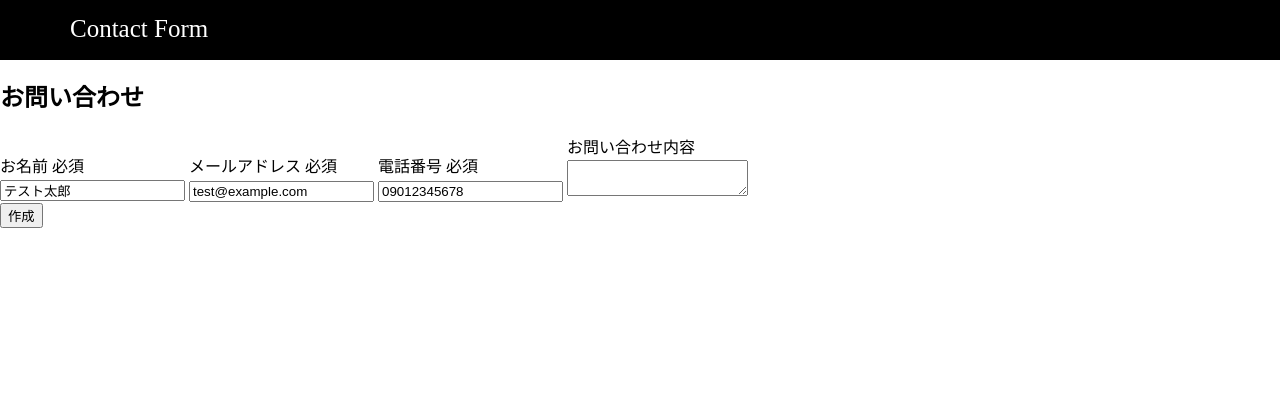
Repository: mayu-ya/my-contact-form
Page: http://localhost/
These files come from the project's save history. The page is drawn as it stood at one moment and after the next save; the edit follows.
The browser window is 1280 px wide. The pictures show the whole page.
The page is served by the project's Laravel application, run on PHP 8.4 with Laravel 8. Other server files are loaded and not shown.

Above is the page before, as saved 2025-12-31 22:52:15.

### src/routes/web.php
<?php

use Illuminate\Support\Facades\Route;
use App\Http\Controllers\ContactController;

/*
|--------------------------------------------------------------------------
| Web Routes
|--------------------------------------------------------------------------
|
| Here is where you can register web routes for your application. These
| routes are loaded by the RouteServiceProvider within a group which
| contains the "web" middleware group. Now create something great!
|
*/

Route::get('/', [ContactController::class,'index']);

### src/app/Http/Controllers/ContactController.php
<?php

namespace App\Http\Controllers;

use Illuminate\Http\Request;

class ContactController extends Controller
{
    public function index()
    {
        return view('index');
    }
}

### src/resources/views/index.blade.php
@extends('layouts.app')

@section('css')
<link rel="stylesheet" href="{{ asset('css/index.css') }}">
@endsection

@section('content')
<div class="content">
    <div class="form-title">
        <h2 class="form-title-con">お問い合わせ</h2>
    </div>

    <form class="form">
        <div class="form-content">
            <div class="form-content-name">
                <span class="form-content-name_na">お名前</span>
                <span class="form-content-name_re">必須</span>
            </div>
            <div class="form-name_create">
                <input type="text" name="name" value="テスト太郎">
            </div>
        </div>
        <div class="form-content">
            <div class="form-content-email">
                <span class="form-content-email_em">メールアドレス</span>
                <span class="form-content-email_re">必須</span>
            </div>
            <div class="form-email_create">
                <input type="text" name="email" value="test@example.com">
            </div>
        </div>
        <div class="form-content">
            <div class="form-content-tel">
                <span class="form-content-tel_te">電話番号</span>
                <span class="form-content-tel_re">必須</span>
            </div>
            <div class="form-tel_create">
                <input type="text" name="tel" value="09012345678">
            </div>
        </div>
        <div class="form-content">
            <div class="form-content-text">
                <span class="content-text_co">お問い合わせ内容</span>
            </div>
            <div class="form-text_create">
                <textarea name="text" value="資料をいただきたいです"></textarea>
            </div>

        </div>

        <div class="form-button">
            <button class="form-button_create">作成</button>
        </div>
    </form>
</div>
@endsection

### src/resources/views/layouts/app.blade.php
<!DOCTYPE html>
<html lang="ja">
<head>
    <meta charset="UTF-8">
    <meta name="viewport" content="width=device-width, initial-scale=1.0">
    <title>Contact Form</title>
    <link rel="stylesheet" href="{{ asset('css/sanitize.css') }}">
    <link rel="stylesheet" href="{{ asset('css/common.css') }}">
    @yield('css')
</head>
<body>
    <header class="header">
        <div class="header-title">
            <a href="/" class="header-logo">Contact Form</a>
        </div>
    </header>

    <main>
        @yield('content')
    </main>
</body>
</html>

### src/public/css/sanitize.css
/* Document
* ========================================================================== */

/**
* Add border box sizing in all browsers (opinionated).
*/

*,
::before,
::after {
  box-sizing: border-box;
}

/**
* 1. Add text decoration inheritance in all browsers (opinionated).
* 2. Add vertical alignment inheritance in all browsers (opinionated).
*/

::before,
::after {
  vertical-align: inherit;
  /* 2 */
  text-decoration: inherit;
  /* 1 */
}

/**
* 1. Use the default cursor in all browsers (opinionated).
* 2. Change the line height in all browsers (opinionated).
* 3. Use a 4-space tab width in all browsers (opinionated).
* 4. Remove the grey highlight on links in iOS (opinionated).
* 5. Prevent adjustments of font size after orientation changes in
*    IE on Windows Phone and in iOS.
* 6. Breaks words to prevent overflow in all browsers (opinionated).
*/

html {
  word-break: break-word;
  /* 6 */
  -moz-tab-size: 4;
  /* 3 */
  tab-size: 4;
  /* 3 */
  line-height: 1.5;
  /* 2 */
  cursor: default;
  /* 1 */

  -webkit-tap-highlight-color: transparent
    /* 4 */
  ;
  -ms-text-size-adjust: 100%;
  /* 5 */
  -webkit-text-size-adjust: 100%;
  /* 5 */
}

/* Sections
* ========================================================================== */

/**
* Remove the margin in all browsers (opinionated).
*/

body {
  margin: 0;
}

/**
* Correct the font size and margin on `h1` elements within `section` and
* `article` contexts in Chrome, Edge, Firefox, and Safari.
*/

h1 {
  margin: 0.67em 0;
  font-size: 2em;
}

/* Grouping content
* ========================================================================== */

/**
* Remove the margin on nested lists in Chrome, Edge, IE, and Safari.
*/

dl dl,
dl ol,
dl ul,
ol dl,
ul dl {
  margin: 0;
}

/**
* Remove the margin on nested lists in Edge 18- and IE.
*/

ol ol,
ol ul,
ul ol,
ul ul {
  margin: 0;
}

/**
* 1. Add the correct sizing in Firefox.
* 2. Show the overflow in Edge 18- and IE.
*/

hr {
  overflow: visible;
  /* 2 */
  height: 0;
  /* 1 */
}

/**
* Add the correct display in IE.
*/

main {
  display: block;
}

/**
* Remove the list style on navigation lists in all browsers (opinionated).
*/

nav ol,
nav ul {
  padding: 0;
  list-style: none;
}

/**
* 1. Correct the inheritance and scaling of font size in all browsers.
* 2. Correct the odd `em` font sizing in all browsers.
*/

pre {
  font-size: 1em;
  /* 2 */
  font-family: monospace, monospace;
  /* 1 */
}

/* Text-level semantics
* ========================================================================== */

/**
* Remove the gray background on active links in IE 10.
*/

a {
  background-color: transparent;
}

/**
* Add the correct text decoration in Edge 18-, IE, and Safari.
*/

abbr[title] {
  text-decoration: underline;
  text-decoration: underline dotted;
}

/**
* Add the correct font weight in Chrome, Edge, and Safari.
*/

b,
strong {
  font-weight: bolder;
}

/**
* 1. Correct the inheritance and scaling of font size in all browsers.
* 2. Correct the odd `em` font sizing in all browsers.
*/

code,
kbd,
samp {
  font-size: 1em;
  /* 2 */
  font-family: monospace, monospace;
  /* 1 */
}

/**
* Add the correct font size in all browsers.
*/

small {
  font-size: 80%;
}

/* Embedded content
* ========================================================================== */

/*
* Change the alignment on media elements in all browsers (opinionated).
*/

audio,
canvas,
iframe,
img,
svg,
video {
  vertical-align: middle;
}

/**
* Add the correct display in IE 9-.
*/

audio,
video {
  display: inline-block;
}

/**
* Add the correct display in iOS 4-7.
*/

audio:not([controls]) {
  display: none;
  height: 0;
}

/**
* Remove the border on iframes in all browsers (opinionated).
*/

iframe {
  border-style: none;
}

/**
* Remove the border on images within links in IE 10-.
*/

img {
  border-style: none;
}

/**
* Change the fill color to match the text color in all browsers (opinionated).
*/

svg:not([fill]) {
  fill: currentColor;
}

/**
* Hide the overflow in IE.
*/

svg:not(:root) {
  overflow: hidden;
}

/* Tabular data
* ========================================================================== */

/**
* Collapse border spacing in all browsers (opinionated).
*/

table {
  border-collapse: collapse;
}

/* Forms
* ========================================================================== */

/**
* Remove the margin on controls in Safari.
*/

button,
input,
select {
  margin: 0;
}

/**
* 1. Show the overflow in IE.
* 2. Remove the inheritance of text transform in Edge 18-, Firefox, and IE.
*/

button {
  overflow: visible;
  /* 1 */
  text-transform: none;
  /* 2 */
}

/**
* Correct the inability to style buttons in iOS and Safari.
*/

button,
[type="button"],
[type="reset"],
[type="submit"] {
  -webkit-appearance: button;
}

/**
* 1. Change the inconsistent appearance in all browsers (opinionated).
* 2. Correct the padding in Firefox.
*/

fieldset {
  padding: 0.35em 0.75em 0.625em;
  /* 2 */
  border: 1px solid #a0a0a0;
  /* 1 */
}

/**
* Show the overflow in Edge 18- and IE.
*/

input {
  overflow: visible;
}

/**
* 1. Correct the text wrapping in Edge 18- and IE.
* 2. Correct the color inheritance from `fieldset` elements in IE.
*/

legend {
  display: table;
  /* 1 */
  max-width: 100%;
  /* 1 */
  color: inherit;
  /* 2 */
  white-space: normal;
  /* 1 */
}

/**
* 1. Add the correct display in Edge 18- and IE.
* 2. Add the correct vertical alignment in Chrome, Edge, and Firefox.
*/

progress {
  display: inline-block;
  /* 1 */
  vertical-align: baseline;
  /* 2 */
}

/**
* Remove the inheritance of text transform in Firefox.
*/

select {
  text-transform: none;
}

/**
* 1. Remove the margin in Firefox and Safari.
* 2. Remove the default vertical scrollbar in IE.
* 3. Change the resize direction in all browsers (opinionated).
*/

textarea {
  overflow: auto;
  /* 2 */
  margin: 0;
  /* 1 */
  resize: vertical;
  /* 3 */
}

/**
* Remove the padding in IE 10-.
*/

[type="checkbox"],
[type="radio"] {
  padding: 0;
}

/**
* 1. Correct the odd appearance in Chrome, Edge, and Safari.
* 2. Correct the outline style in Safari.
*/

[type="search"] {
  outline-offset: -2px;
  /* 2 */

  -webkit-appearance: textfield;
  /* 1 */
}

/**
* Correct the cursor style of increment and decrement buttons in Safari.
*/

::-webkit-inner-spin-button,
::-webkit-outer-spin-button {
  height: auto;
}

/**
* Correct the text style of placeholders in Chrome, Edge, and Safari.
*/

::-webkit-input-placeholder {
  color: inherit;
  opacity: 0.54;
}

/**
* Remove the inner padding in Chrome, Edge, and Safari on macOS.
*/

::-webkit-search-decoration {
  -webkit-appearance: none;
}

/**
* 1. Correct the inability to style upload buttons in iOS and Safari.
* 2. Change font properties to `inherit` in Safari.
*/

::-webkit-file-upload-button {
  font: inherit;
  /* 2 */

  -webkit-appearance: button;
  /* 1 */
}

/**
* Remove the inner border and padding of focus outlines in Firefox.
*/

::-moz-focus-inner {
  padding: 0;
  border-style: none;
}

/**
* Restore the focus outline styles unset by the previous rule in Firefox.
*/

:-moz-focusring {
  outline: 1px dotted ButtonText;
}

/**
* Remove the additional :invalid styles in Firefox.
*/

:-moz-ui-invalid {
  box-shadow: none;
}

/* Interactive
* ========================================================================== */

/*
* Add the correct display in Edge 18- and IE.
*/

details {
  display: block;
}

/*
* Add the correct styles in Edge 18-, IE, and Safari.
*/

dialog {
  position: absolute;
  right: 0;
  left: 0;
  display: block;
  margin: auto;
  padding: 1em;
  width: -moz-fit-content;
  width: -webkit-fit-content;
  width: fit-content;
  height: -moz-fit-content;
  height: -webkit-fit-content;
  height: fit-content;
  border: solid;
  background-color: white;
  color: black;
}

dialog:not([open]) {
  display: none;
}

/*
* Add the correct display in all browsers.
*/

summary {
  display: list-item;
}

/* Scripting
* ========================================================================== */

/**
* Add the correct display in IE 9-.
*/

canvas {
  display: inline-block;
}

/**
* Add the correct display in IE.
*/

template {
  display: none;
}

/* User interaction
* ========================================================================== */

/*
* 1. Remove the tapping delay in IE 10.
* 2. Remove the tapping delay on clickable elements
in all browsers (opinionated).
*/

a,
area,
button,
input,
label,
select,
summary,
textarea,
[tabindex] {
  -ms-touch-action: manipulation;
  /* 1 */
  touch-action: manipulation;
  /* 2 */
}

/**
* Add the correct display in IE 10-.
*/

[hidden] {
  display: none;
}

/* Accessibility
* ========================================================================== */

/**
* Change the cursor on busy elements in all browsers (opinionated).
*/

[aria-busy="true"] {
  cursor: progress;
}

/*
* Change the cursor on control elements in all browsers (opinionated).
*/

[aria-controls] {
  cursor: pointer;
}

/*
* Change the cursor on disabled, not-editable, or otherwise
* inoperable elements in all browsers (opinionated).
*/

[aria-disabled="true"],
[disabled] {
  cursor: not-allowed;
}

/*
* Change the display on visually hidden accessible elements
* in all browsers (opinionated).
*/

[aria-hidden="false"][hidden] {
  display: initial;
}

[aria-hidden="false"][hidden]:not(:focus) {
  position: absolute;
  clip: rect(0, 0, 0, 0);
}

### src/public/css/common.css
.header {
    background: black;
    height: 60px;
}

.header-logo{
    display: block;
    color: white;
    font-size: 25px;
    padding-top: 10px;
    padding-left: 70px;
    text-decoration: none;
    cursor: pointer;
}

### src/public/css/index.css
.form-content {
    display: inline-block;
}

Loaded but not shown: src/app/Http/Controllers/Controller.php (common file)

After the next save:
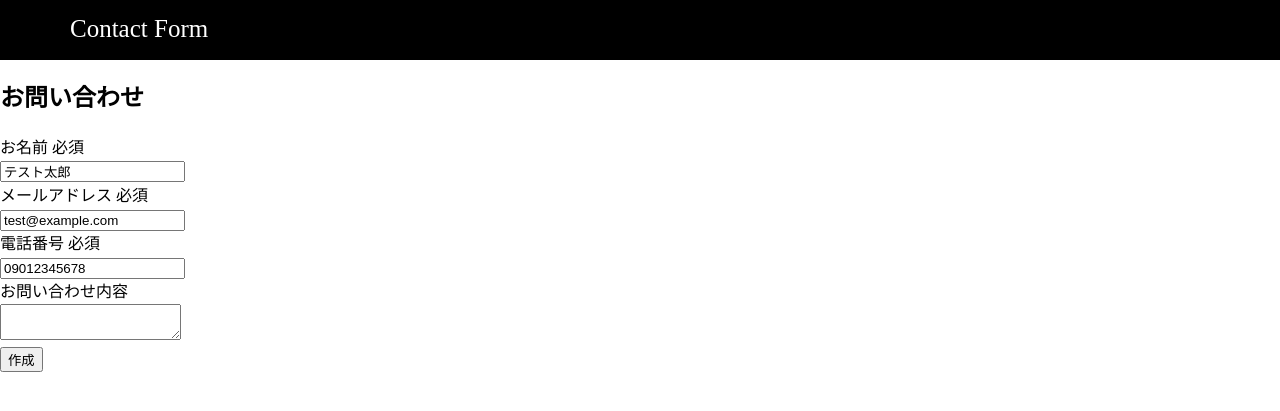
Saved 50 s later.
--- a/src/public/css/index.css
+++ b/src/public/css/index.css
@@ -1,3 +1,3 @@
 .form-content {
-    display: inline-block;
+    flex-direction: row;
 }
